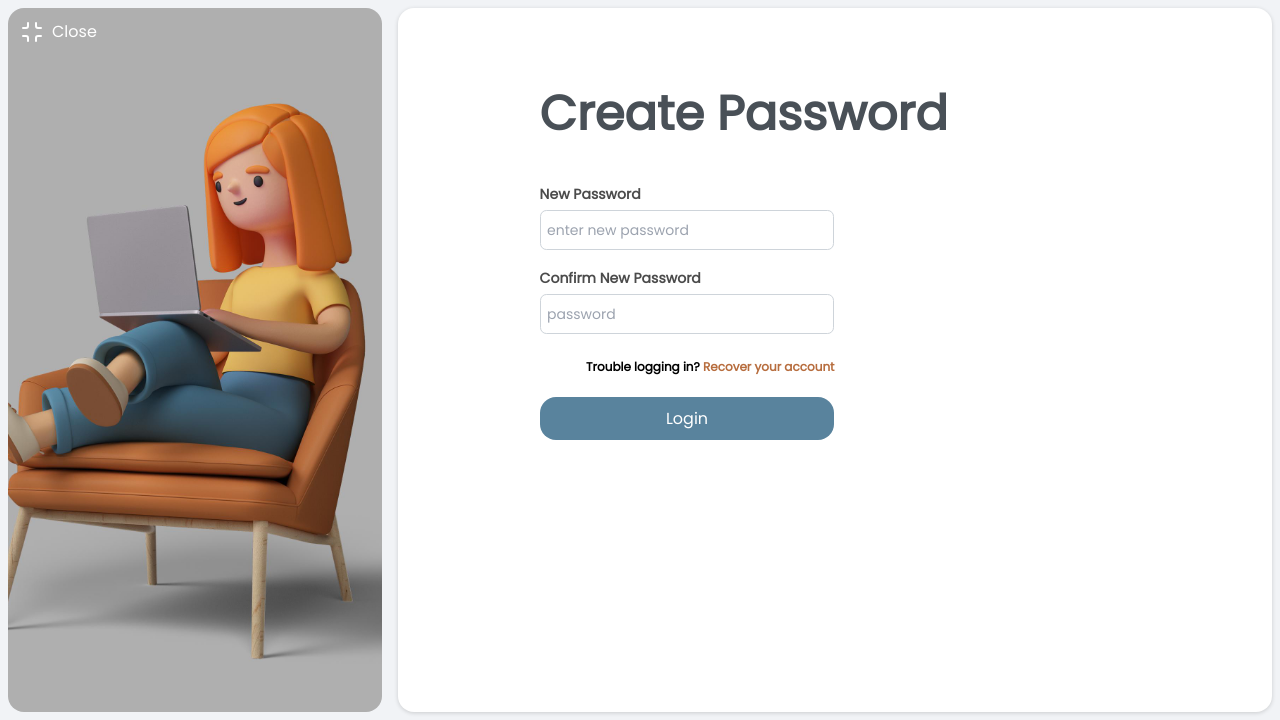
Repository: syni18/cleareyecare
Page: /reset-password (app in client/)
An editor plug-in stored every save of this project. The page is shown before and after the next save, followed by the edit.
The browser window is 1280 px wide. The pictures show the whole page.
The page's requests for data from a server got no answer. Some web fonts or font styles are not loaded; a fallback is used. Some web libraries are served in a nearby version. The project was rebuilt for these pictures with package versions that can differ from the ones it lists, and the page was loaded fresh each time. No one was signed in, and anything a server would have sent is missing. Also part of the build but not shown: client/vite.config.js, client/src/components/nav/navigation.css, client/src/components/dropdown/Dropdown.jsx, client/src/redux/store/cartStore.js, client/src/components/nav/Navigation.jsx, client/src/components/footer/footer.css, client/src/components/footer/Footer.jsx.

Above is the page before, as saved 2024-11-17 20:53:30.

### client/index.html
<!doctype html>
<html lang="en">
  <head>
    <meta charset="UTF-8" />
    <link rel="icon" type="image/svg+xml" href="/vite.svg" />
    <meta name="viewport" content="width=device-width, initial-scale=1.0" />
    <link rel="stylesheet" type="text/css" charset="UTF-8" href="https://cdnjs.cloudflare.com/ajax/libs/slick-carousel/1.6.0/slick.min.css" />
    <link rel="stylesheet" type="text/css" href="https://cdnjs.cloudflare.com/ajax/libs/slick-carousel/1.6.0/slick-theme.min.css" />
    <title>Clear Eye Care</title>
  </head>
  <body>
    <div id="root"></div>
    <script type="module" src="/src/main.jsx"></script>
  </body>
</html>

### client/src/main.jsx
import React from "react";
import ReactDOM from "react-dom/client";
import App from "./App.jsx";
import "./index.css";
import store from "./redux/store.js";
import { Provider } from "react-redux";
import { QueryClient, QueryClientProvider } from "react-query";

const queryClient = new QueryClient();

ReactDOM.createRoot(document.getElementById("root")).render(
  <React.StrictMode>
    <Provider store={store}>
      <QueryClientProvider client={queryClient}>
        <App />
      </QueryClientProvider>
    </Provider>
  </React.StrictMode>
);

### client/src/App.jsx
import React, { Suspense, lazy } from "react";
import { createBrowserRouter, RouterProvider } from "react-router-dom";
import Navigation from "./components/nav/Navigation";
import Footer from "./components/footer/Footer";
import "./App.css"; // Ensure global CSS is imported

// Dynamic imports
const HomePage = lazy(() => import("./components/homepage/HomePage"));
const Login = lazy(() => import("./components/auth/Login"));
const Signup = lazy(() => import("./components/auth/Signup"));
// new ui
// const Signup = lazy(() => import("./containers/Authentication/signup/Signup"));
const Recovery = lazy(() => import("./components/auth/Recovery"));
const ResetPassword = lazy(() => import("./components/auth/ResetPassword"));
const ShoppingBag = lazy(() => import("./components/cart/ShoppingBag"));
const Profile = lazy(() => import("./components/profile/Profile"));
const ProfileInfo = lazy(() => import("./components/profile/ProfileInfo"));
const ManageAddress = lazy(() => import("./components/address/ManageAddress"));
const PANUpload = lazy(() => import("./components/PANupload/PANUpload"));
const SavedAuthPayCard = lazy(() =>
  import("./components/savedauthpayment/SavedAuthPayCard")
);
const SavedAuthPayUPI = lazy(() =>
  import("./components/savedauthpayment/SavedAuthPayUPI")
);
const GiftCard = lazy(() => import("./components/giftcard/GiftCard"));
const Coupons = lazy(() => import("./components/coupons-offers/Coupons"));
const Watchlist = lazy(() => import("./components/watchlist/Watchlist"));
const Orders = lazy(() => import("./components/orders/Orders"));
const SpecificOrders = lazy(() => import("./components/orders/SpecificOrders"));
const ItemDetails = lazy(() => import("./components/products/ItemDetails"));
const SizeChart = lazy(() => import("./components/sizechart/SizeChart"));
const RateProductForm = lazy(() =>
  import("./components/rateproductform/RateProductForm")
);
const ProductView = lazy(() => import("./components/products/ProductView"));
const BillingAddress = lazy(() => import("./components/cart/BillingAddress"));
const CartLogin = lazy(() => import("./components/empty/CartLogin"));
const Banner = lazy(() => import("./components/banner/Banner"));
const Dashboard = lazy(() => import("./components/game/compnents/Dashboard"));


// Layout Component
const Layout = ({ children, showHeaderFooter = true }) => (
  <>
    {showHeaderFooter && <Navigation />}
    <Suspense fallback={<div>Loading...</div>}>{children}</Suspense>
    {showHeaderFooter && <Footer />}
  </>
);


const router = createBrowserRouter([
  {
    path: "/",
    element: (
      <Layout>
        <Banner />
        <HomePage />
      </Layout>
    ),
  },
  {
    path: "/login",
    element: (
      <Layout showHeaderFooter={false}>
        <Login />
      </Layout>
    ),
  },
  {
    path: "/signup",
    element: (
      <Layout showHeaderFooter={false}>
        <Signup />
      </Layout>
    ),
  },
  {
    path: "/recovery",
    element: (
      <Layout showHeaderFooter={false}>
        <Recovery />
      </Layout>
    ),
  },
  {
    path: "/reset-password",
    element: (
      <Layout showHeaderFooter={false}>
        <ResetPassword />
      </Layout>
    ),
  },
  {
    path: "/cart",
    element: (
      <Layout>
        <ShoppingBag />
      </Layout>
    ),
  },
  {
    path: "/profile",
    element: (
      <Layout>
        <Profile />
      </Layout>
    ),
    children: [
      { path: "", element: <ProfileInfo /> },
      { path: "userinfo", element: <ProfileInfo /> },
      { path: "manage-address", element: <ManageAddress /> },
      { path: "pan-upload", element: <PANUpload /> },
      { path: "saved-auth-payment-cards", element: <SavedAuthPayCard /> },
      { path: "saved-auth-payment-upi", element: <SavedAuthPayUPI /> },
      { path: "saved-auth-giftCards", element: <GiftCard /> },
      { path: "myCoupons", element: <Coupons /> },
      { path: "reviews-ratings", element: <GiftCard /> },
      { path: "watchlist", element: <Watchlist /> },
    ],
  },
  {
    path: "/orders",
    element: (
      <Layout>
        <Orders />
      </Layout>
    ),
  },
  {
    path: "/specific-orders/:id",
    element: (
      <Layout>
        <SpecificOrders />
      </Layout>
    ),
  },
  {
    path: "/item/:id",
    element: (
      <Layout>
        <ItemDetails />
      </Layout>
    ),
    children: [{ path: "", element: <SizeChart /> }],
  },
  {
    path: "/rate&review-pkg",
    element: (
      <Layout>
        <RateProductForm />
      </Layout>
    ),
  },
  {
    path: "/search-items",
    element: (
      <Layout>
        <ProductView />
      </Layout>
    ),
  },
  {
    path: "/cart-address",
    element: (
      <Layout>
        <BillingAddress />
      </Layout>
    ),
  },
  {
    path: "/cart-login",
    element: (
      <Layout>
        <CartLogin />
      </Layout>
    ),
  },
  {
    path: "/game",
    element: (
      <Layout showHeaderFooter={false}>
        <Dashboard />
      </Layout>
    ),
  },
]);

function App() {
  return (
    <main>
      <RouterProvider router={router} />
    </main>
  );
}

export default App;

### client/src/index.css
@tailwind base;
@tailwind components;
@tailwind utilities;

:root {
  font-family: Inter, system-ui, Avenir, Helvetica, Arial, sans-serif;
  line-height: 1.5;
  font-weight: 400;
  background-color: #f1f3f6;;

  text-rendering: optimizeLegibility;
  -webkit-font-smoothing: antialiased;
  -moz-osx-font-smoothing: grayscale;
}
html, body {
  height: 100%;
  margin: 0;
}

/* Flexbox setup on the body to push the footer down */
body {
  display: flex;
  flex-direction: column;
  justify-content: space-between; /* This will push the footer to the bottom */
}

.footer-wrapper {
  margin-top: auto; /* This will automatically adjust the margin to push the footer to the bottom */
}

### client/src/redux/store.js
// src/redux/store.js
import { configureStore } from '@reduxjs/toolkit';
import cartReducer from './reducer/cartReducer';
import watchlistReducer from './reducer/watchlistReducer';

const store = configureStore({
  reducer: {
    cart: cartReducer,
    watchlist: watchlistReducer,
  },
});

export default store;

### client/src/App.css
@import url('https://fonts.googleapis.com/css2?family=Bellota:wght@700&family=Poppins&family=Quicksand:wght@300&display=swap');
*{
    margin: 0;
    padding: 0;
    box-sizing: border-box;
    font-family: Poppins;
}
ul{
  list-style: none;
}

a {
  color: black;
  text-decoration: none;
}
input::-webkit-inner-spin-button,
input::-webkit-outer-spin-button{
    -webkit-appearance: none;
    margin: 0;
}
input::-webkit-search-cancel-button{
    display: none;
}

### client/src/components/auth/ResetPassword.jsx
import { useFormik } from 'formik';
import { Minimize } from 'lucide-react';
import React from 'react'
import './login.css';
import { Link, Navigate, useNavigate } from 'react-router-dom';
import { resetPasswordValidation } from '../../helper/validate';
import { resetPassword } from '../../helper/helper';
import { useAuthStore } from '../../redux/store/authStore';
import toast, { Toaster } from "react-hot-toast";
import useFetch from '../../hooks/fetchHooks';
import AuthLeftBox from './AuthLeftBox';

const FormField = ({ label, type, id, placeholder, formikProps }) => (
  <>
    <label htmlFor={id}>{label}</label>
    <input type={type} id={id} placeholder={placeholder} {...formikProps} />
  </>
);

function ResetPassword() {
  const {useremail} = useAuthStore(state => state.auth);
  const [{ isLoading, apiData, status, serverError }] = useFetch("createResetSession");
  const {handleSubmit, getFieldProps} = useFormik({
    initialValues: {
      password: "",
      confirmPassword: ""
    },
    validate: resetPasswordValidation,
    validateOnBlur: false,
    validateOnChange:false,
    onSubmit: async (values) => {
      console.log("values: ", values, useremail);
      let resetPromise = resetPassword({useremail, password: values.password});

      toast.promise(resetPromise, {
        loading: 'Updating...',
        success: <b>Reset Succesfully.</b>,
        error: <b>Could not Reset! Try again</b>
      })
      resetPromise.then(function(){
        navigate('/login')
      })
    }
  })
  const navigate = useNavigate();
  const handleCloseBox = () => {
    navigate("/");
  };
    // if (isLoading) return <h1 className="text-2xl font-bold">isLoading</h1>;
    // if (serverError)
    //   return <h1 className="text-xl text-red-500">{serverError.message}</h1>;
    // if (status && status !== 201)
    //   return <Navigate to={"/login"} replace={true}></Navigate>;
  return (
    <section className="login-wrapper">
      <Toaster position="bottom-right" />
      <div className="login-container">
        <AuthLeftBox />
        <div className="loco-right">
          <div className="lort-box">
            <span className="lrtb-header">Create Password</span>
            <form className="login-form-wrapper" onSubmit={handleSubmit}>
              <FormField
                label="New Password"
                type="text"
                id="pswd-help"
                placeholder="enter new password"
                fieldProps={getFieldProps("newpassword")}
              />
              <FormField
                label="Confirm New Password"
                type="text"
                id="cnf-paswd-help"
                placeholder="password"
                fieldProps={getFieldProps("cnfpassword")}
              />
              <div className="lfw-forget">
                Trouble logging in?
                <Link to="/recovery">
                  <span className="lfw-forget-link">Recover your account</span>
                </Link>
              </div>
              <button type="submit">Login</button>
              {/* <Link to='/signup'>
                <button type="button" id="lfw-create-account">
                  Create Account
                </button>
              </Link> */}
            </form>
          </div>
        </div>
      </div>
    </section>
  );
}

export default ResetPassword

### client/src/redux/reducer/cartReducer.js
// src/redux/reducers/cartReducer.js
import { createSlice } from "@reduxjs/toolkit";

const initialState = {
  cartCount: 0,
  cartItems: [],
};

const cartSlice = createSlice({
  name: "cart",
  initialState,
  reducers: {
    addToCart: (state, action) => {
      const existingItemIndex = state.cartItems.findIndex(
        (item) => item._id === action.payload._id
      );

      if (existingItemIndex >= 0) {
        state.cartItems[existingItemIndex].quantity +=
          action.payload.quantity || 1;
      } else {
        state.cartItems.push({
          ...action.payload,
          quantity: action.payload.quantity || 1,
        });
      }

      state.cartCount += action.payload.quantity || 1;
    },
    removeFromCart: (state, action) => {
      const itemIndex = state.cartItems.findIndex(
        (item) => item._id === action.payload
      );
      if (itemIndex >= 0) {
        const item = state.cartItems[itemIndex];
        state.cartCount -= item.quantity;
        state.cartItems.splice(itemIndex, 1);
      }
    },
    increaseQuantity: (state, action) => {
      const item = state.cartItems.find((item) => item._id === action.payload);
      if (item) {
        item.quantity += 1;
      }
    },
    decreaseQuantity: (state, action) => {
      const item = state.cartItems.find((item) => item._id === action.payload);
      if (item && item.quantity > 1) {
        item.quantity -= 1;
      }
    },
  },
});

export const { addToCart, removeFromCart, increaseQuantity, decreaseQuantity } =
  cartSlice.actions;
export default cartSlice.reducer;

### client/src/components/auth/login.css
:root {
    --primary-color: #59839d;
    --secondary-color: #f1f3f6;
    --text-color: #495057;
    --border-color: #ced4da;
    --hover-bg-color: #f8f9fa;
    --light-bg-color: #ffffff;
}

.login-wrapper {
    width: 100%;
    height: 100vh;
    display: flex;
    align-items: center;
    justify-content: center;
    background-color: var(--secondary-color);
}

.auth-wrap-close {
    position: absolute;
    top: 20px;
    left: 20px;
    color: white;
    display: flex;
    align-items: center;
    cursor: pointer;
}

.auth-wrap-close .auth-wrcl-text {
    margin-left: 0.5rem;
}

.login-container {
    position: relative;
    width: 100%;
    height: 100%;
    display: flex;
}

.login-container .loco-left {
    flex: 30%;
    display: flex;
    flex-direction: column;
    justify-content: center;
    margin: 0.5rem;
    border-radius: 16px;
    background-image: url('../../assets/5141092.jpg'); /* Replace with your image path */
    background-size: cover;
    background-position: center;
    background-repeat: no-repeat;
    color: #ffffff;
}

.login-container .loco-left h1 {
    font-size: 3rem;
    font-weight: 500;
    width: max-content;
    margin-left: 2rem;
    border-bottom: 7px solid #ffffff;
    border-radius: 4px;
}

.login-container .loco-left h3,
.login-container .loco-left h5 {
    font-weight: normal;
    margin-top: 1rem;
    margin-left: 2rem;
}

.login-container .loco-right {
    flex: 70%;
    box-shadow: rgba(0, 0, 0, 0.16) 0px 1px 4px;
    display: flex;
    justify-content: center;
    align-items: center;
    margin: 0.5rem;
    border-radius: 16px;
    flex-direction: column;
    background-color: var(--light-bg-color);
}

.lort-box {
    width: 75%;
    /* border: 1px solid black; */
    height: 80%;
}

.lort-already {
    width: 80%;
    margin: 1rem;
    text-align: right;
}

.lrtady-link {
    cursor: pointer;
}

.lrtady-span-text {
    opacity: 0.5;
    font-size: 14px;
}

.lrtady-login {
    color: #b76d3e;
    font-weight: 600;
    margin-left: 0.25rem;
    font-size: 14px;
}

.lrtb-header {
    margin: 1rem 1rem 1rem 2rem;
    font-size: 48px;
    color: var(--text-color);
    font-weight: 900;
}

.social-signup {
    display: flex;
    gap: 1rem;
    margin: 3rem 1rem 1rem 2rem;
}

.social-btn {
    display: flex;
    align-items: center;
    justify-content: center;
    gap: 0.5rem;
    padding: 0.40rem 2.1rem;
    border: 1px solid var(--border-color);
    border-radius: 9px;
    text-decoration: none;
    color: var(--text-color);
    background-color: var(--light-bg-color);
    transition: background-color 0.3s ease, transform 0.2s ease;
}

.social-btn:hover {
    background-color: var(--hover-bg-color);
    transform: scale(1.0);
}

.google-btn svg,
.facebook-btn svg {
    width: 1.5rem;
    height: 1.5rem;
}

.horizontal-divider-with-text {
    display: flex;
    margin: 3rem 1rem 1rem 2rem;
    width: 45%;
    font-size: 14px;
    font-weight: 600;
}

.horizontal-divider-with-text span {
    font-size: 1rem;
    font-weight: bold;
    color: #555;
}

.loco-right .login-form-wrapper {
    width: 45%;
    margin: 2rem 1rem 2rem 2rem;
}

.login-form-wrapper label {
    font-size: 14px;
    font-weight: 600;
    opacity: 0.7;
}

.login-form-wrapper input {
    outline: none;
    border: 1px solid var(--border-color);
    width: 100%;
    height: 2.5rem;
    font-size: 14px;
    padding-left: 0.4rem;
    margin: 0.25rem 0 1rem 0;
    border-radius: 0.4rem;
    background-color: var(--light-bg-color);
}

.login-form-wrapper input:focus::-webkit-input-placeholder {
    color: transparent;
}

.login-form-wrapper p {
    margin-top: 1.5rem;
    font-size: 12px;
}

.login-form-wrapper p em {
    color: var(--primary-color);
    cursor: pointer;
}

.lfw-name {
    display: flex;
}

.lfw-name span:first-child {
    margin-right: 0.5rem;
}

.login-form-wrapper button,
.login-linkbtn {
    width: 100%;
    margin-top: 0.8rem;
    border-radius: 1rem;
    border: none;
    padding: 0.6rem 2rem;
    background: var(--primary-color);
    color: #ffffff;
    cursor: pointer;
}
#lfw-create-account {
    width: 100%;
    margin-top: 0.8rem;
    border-radius: 9rem;
    border: none;
    padding: 0.6rem 2rem;
    background: #b76d3e;
    color: #ffffff;
    cursor: pointer;
}

.lfw-forget{
    font-size: 12px;
    width: 100%;
    margin: 0.5rem 0;
    text-align: right;
    /* border: 1px solid black; */
    font-weight: 900;
}
.lfw-forget-link {
    color: #b76d3e;
    margin-left: 0.2rem;
}
/* Responsive Styles */
@media (max-width: 1200px) {
    .login-container {
        flex-direction: column; /* Stack the left and right sections on smaller screens */
    }

    .login-container .loco-left,
    .login-container .loco-right {
        flex: 100%; /* Full width for both sections */
        margin: 0; /* Remove margins for better alignment */
    }

    .lort-box {
        width: 90%; /* Adjust width for smaller screens */
    }

    .loco-right .login-form-wrapper {
        width: 90%; /* Adjust form width */
    }
}

@media (max-width: 992px) {
    .lbtb-header {
        font-size: 36px; /* Reduce header size */
    }

    .social-signup {
        flex-direction: column; /* Stack social buttons */
        align-items: center; /* Center align */
    }

    .social-btn {
        width: 100%; /* Full width for social buttons */
        margin-bottom: 1rem; /* Add space between buttons */
    }
}

@media (max-width: 768px) {
    .login-container .loco-left h1 {
        font-size: 2.5rem; /* Reduce heading size */
    }

    .login-container .loco-left h3,
    .login-container .loco-left h5 {
        margin-left: 1rem; /* Reduce margin */
    }

    .login-form-wrapper label {
        font-size: 12px; /* Reduce label size */
    }

    .login-form-wrapper input {
        height: 2rem; /* Reduce input height */
    }

    .login-form-wrapper button {
        padding: 0.5rem 1.5rem; /* Adjust button padding */
    }
}

@media (max-width: 576px) {
    .login-container {
        flex-direction: column; /* Stack entire login container */
    }
    .login-container .loco-left {
        display: none; /* Hide the AuthLeftbox component */
    }
    .lort-already {
        display: none; /* Hide the element */
    }
    .login-container .loco-left,
    .login-container .loco-right {
        flex: 100%; /* Full width */
    }

    .lort-box {
        width: 95%; /* Adjust box width */
    }

    .horizontal-divider-with-text {
        width: 90%; /* Adjust width for smaller screens */
    }

    .login-form-wrapper {
        width: 100%; /* Full width for form wrapper */
    }
}

### client/src/components/auth/AuthLeftBox.jsx
import React from 'react'
import { Minimize } from "lucide-react";
import { useNavigate } from 'react-router-dom';

function AuthLeftBox() {
  const navigate = useNavigate();
    const handleCloseBox = () => {
      navigate("/");
    };
  return (
    <>
      {" "}
      <span className="auth-wrap-close" onClick={handleCloseBox}>
        <Minimize /> <span className="auth-wrcl-text">Close</span>
      </span>
      <div className="loco-left">

      </div>
    </>
  );
}

export default AuthLeftBox

### client/src/redux/store/authStore.js
// src/store/useAuthStore.js (or any path you prefer)
import { create } from "zustand";

export const useAuthStore = create((set) => ({
  auth: {
    userId: "",
    username: "",
    useremail: "",
    role: "",
    active: false,
  },
  setFullname: (username) =>
    set((state) => ({ auth: { ...state.auth, username: username } })),
  setUseremail: (useremail) =>
    set((state) => ({ auth: { ...state.auth, useremail: useremail } })),
  setUserId: (userId) =>
    set((state) => ({ auth: { ...state.auth, userId: userId } })),
}));

### client/src/hooks/fetchHooks.js
import axios from "axios";
import { useEffect, useState } from "react";
import { getUsername } from "../helper/helper";

axios.defaults.baseURL = 'http://localhost:8080';

/** custom hook */
export default function useFetch(query) {
  // console.log(query);
  const [getData, setData] = useState({
    isLoading: false,
    apiData: undefined,
    status: null,
    serverError: null,
  });

  useEffect(() => {
    const fetchData = async () => {
      try {
        setData((prev) => ({ ...prev, isLoading: true }));

        const { username } = !query ? await getUsername() : "";

        const { data, status } = !query
          ? await axios.get(`v1/api/user/${username}`)
          : await axios.get(`v1/api/${query}`);

        if (status === 201) {
          setData((prev) => ({ ...prev, isLoading: false }));
          setData((prev) => ({ ...prev, apiData: data, status: status }));
        }

        setData((prev) => ({ ...prev, isLoading: false }));
      } catch (error) {
        setData((prev) => ({ ...prev, isLoading: false, serverError: error }));
      }
    };
    fetchData();
  }, [query]);

  return [getData, setData];
}

### client/src/components/dropdown/dropdown.css
:root {
  --primary-bg: #242526;
  --secondary-bg: #fff;
  --primary-text-color: #555;
  --secondary-text-color: #cecece;
  --border-radius: 4px;
  --speed: 500ms;
}
.auth-dropdown-wrapper{
  position: absolute;
  top:50px;
  right: 150px;
  background-color: #fff;
  border-radius: var(--border-radius);
  /* padding: 8px 15px; */
  width: 150px;
  border: 1px solid #d3d3d3;
}
.auth-dropdown-wrapper::before{
  content: '';
  position: absolute;
  z-index: ;
  top: -25px;
  right: 5px;
  background-color: transparent;
  /* border: 1px solid #d3d3d3; */
  height: 25px;
  width: 45px;

  transform: rotate(90deg);
}
.dropdown-menu.active{
  opacity: 1;
  visibility: visible;
  transform: translateY(0);
  transition: var(--speed) ease;
}

.dropdown-menu.inactive{
  opacity: 0;
  visibility: hidden;
  transform: translateY(-20px);
  transition: var(--speed) ease;
}
.auth-dropdown-container li a{
  display: flex;
  align-items: center;
  justify-content: space-between;
  /* margin: 0.5rem 0; */
  padding: 8px  10px;
  /* border-top: 1px solid rgba(0, 0, 0, 0.05); */
}
.auth-dropdown-container li .lucide {
  color: #555;
}
.auth-dropdown-container li:hover{
  background-color: #f1f3f6;
  border-radius: 4px;
  color: #007bff;
  /* font-weight: 600; */
}
.auth-dropdown-container li:hover .lucide{
  color: #f1f3f6 !important;
  fill: #007bff;
}

### client/tailwind.config.js
/** @type {import('tailwindcss').Config} */
module.exports = {
  content: [
    "./src/**/*.{js,jsx,ts,tsx}", // Targeting React component files
    "./public/index.html", // Include HTML entry file if necessary
  ],
  theme: {
    extend: {
      colors: {
        customBlue: "#1B9C9C",
        customGray: "#333333",
      },
    },
  },
  plugins: [],
};

Loaded but not shown: client/src/helper/helper.js (351 lines, source omitted); client/src/redux/reducer/watchlistReducer.js (128 lines, source omitted); client/src/helper/validate.js (112 lines, source omitted)

After the next save:
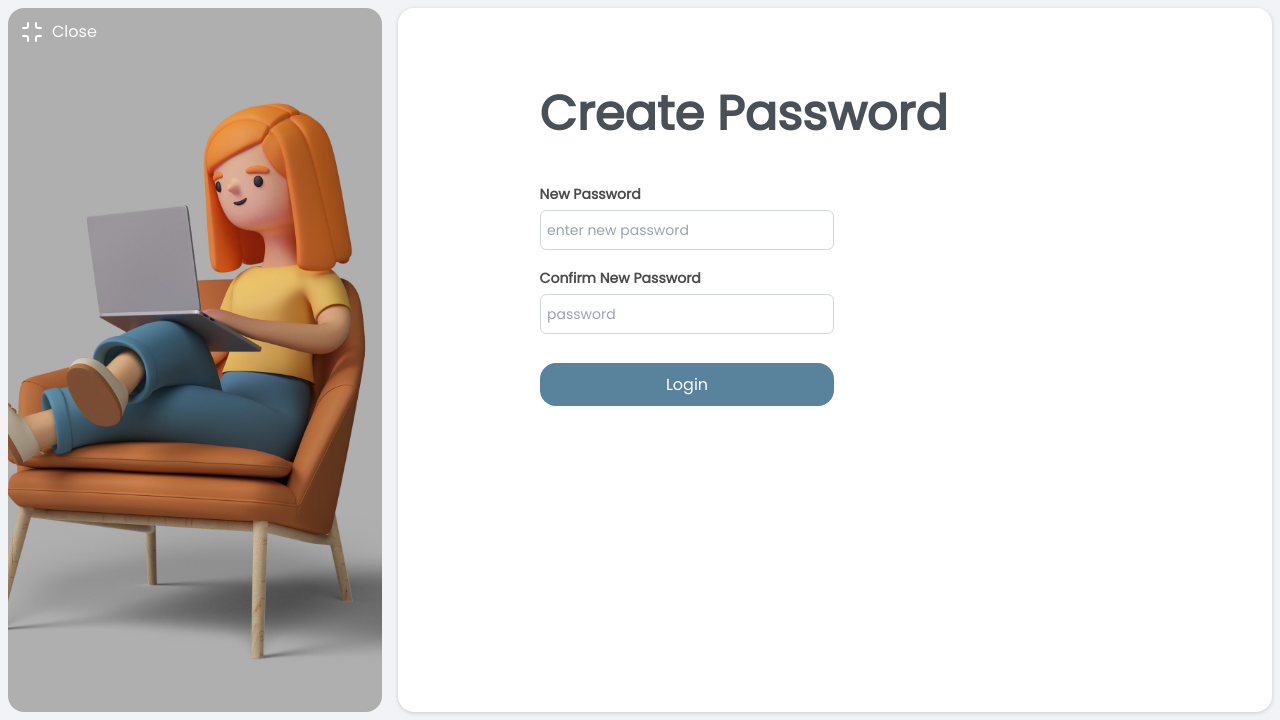
Saved 11 s later.
--- a/client/src/components/auth/ResetPassword.jsx
+++ b/client/src/components/auth/ResetPassword.jsx
@@ -74,12 +74,6 @@ function ResetPassword() {
                 placeholder="password"
                 fieldProps={getFieldProps("cnfpassword")}
               />
-              <div className="lfw-forget">
-                Trouble logging in?
-                <Link to="/recovery">
-                  <span className="lfw-forget-link">Recover your account</span>
-                </Link>
-              </div>
               <button type="submit">Login</button>
               {/* <Link to='/signup'>
                 <button type="button" id="lfw-create-account">
